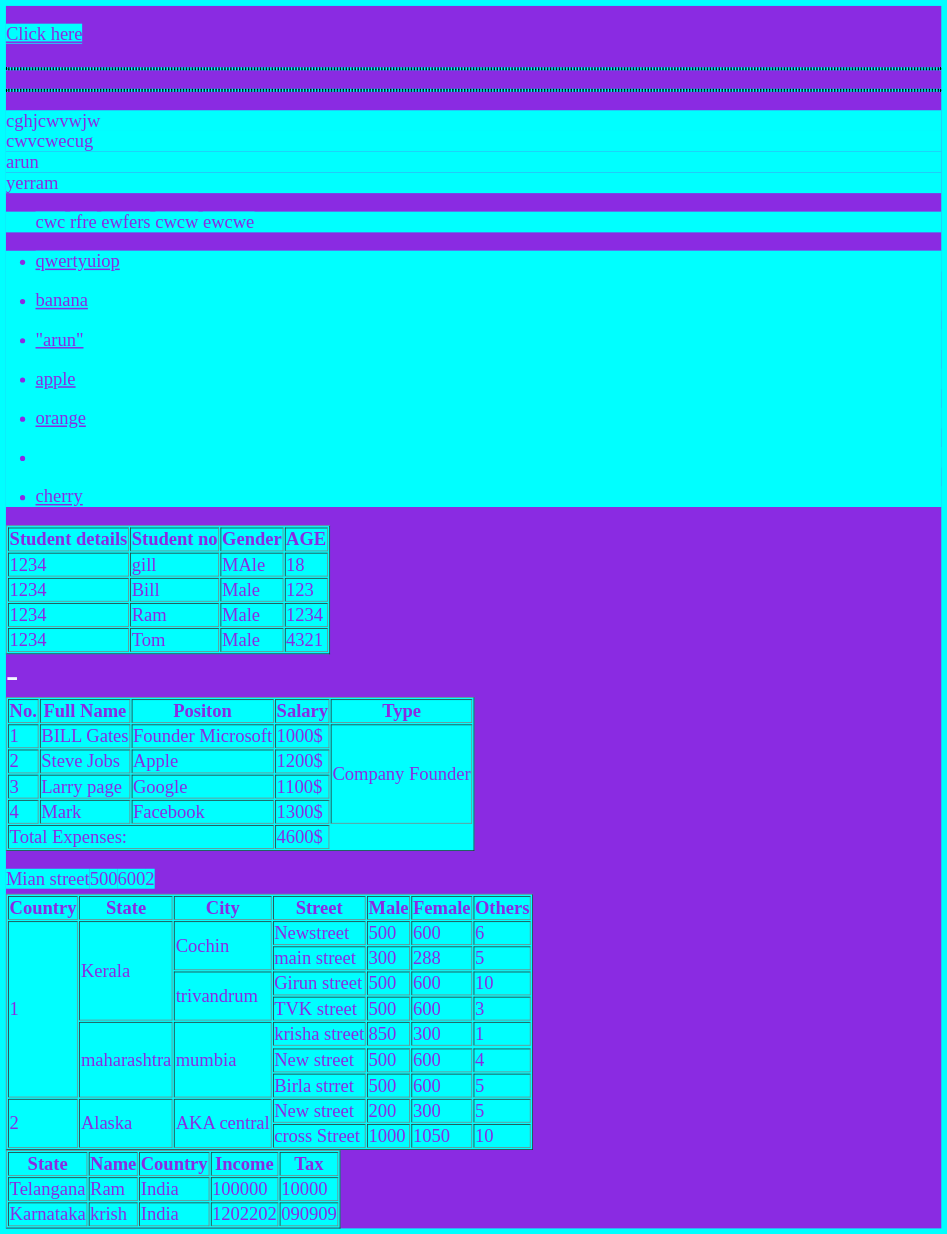
Repository: ARUN-YERRAM/HTMLLEARNING
Page: index.html
The author's editor kept a copy of each file at every save. The page is drawn from the files as they stood at one save, then again after the next save.
The browser window is 1280 px wide. The pictures show the whole page, at 74% of full size.

Above is the page before, as saved 2023-12-25 16:09:26.

### index.html
<!DOCTYPE html>
<html lang="en">
<head>
    <meta charset="UTF-8">
    <meta http-equiv="X-UA-Compatible" content="IE=edge">
    <meta name="viewport" content="width=device-width, initial-scale=1.0">
    <link rel="stylesheet" href="style.css">
    <title>Document</title>
</head>
<body>

    <a href="http://127.0.0.1:3000/index.html">Click here</a>

    <p><a href=""></a></p>
    <article></article>
    <section>  </section>

    <p id="para1"></p>
    <article id="article1">cghjcwvwjw</article>
    <section id="section1">cwvcwecug</section>
    <section class="dog">arun</section>
    <article class="para1">yerram</article>










    <ul>
        <il>cwc</il>
        <il>rfre</il>
        <il>ewfers</il>
        <il>cwcw</il>
        <il>ewcwe</il>
    </ul>


    <nav>
        <ul>
            <li><a href="dfgs">qwertyuiop</a></li>
        </ul>
        <ul>
            <li><a href="ajdg">banana</a></li>
        </ul>
        <ul>
            <li><a href="vdsb">"arun" </a></li>
        </ul>
        <ul>
            <li><a href="ajrg">apple</a></li>
        </ul>
        <ul>
            <li><a href="ndjr">orange</a></li>
        </ul>
        <ul>
            <li><a href="a4hd"pine></a></li>
        </ul>
        <ul>
            <li><a href="46eh">cherry</a></li>
        </ul>
    </nav>


<table  border="1">

    <thead>
        <th>Student details</th>
        <th>Student no</th>
        <th>Gender</th>
        <th>AGE</th>
    </thead>

    <tbody>
        <tr>
            <td>1234</td>
            <td>gill</td>
            <td>MAle</td>
            <td>18</td>
        </tr>
    </tbody>

    <tbody>
        <tr>
            <td>1234</td>
            <td>Bill</td>
            <td>Male</td>
            <td>123</td>
        </tr>
    </tbody>

    <tbody>
        <tr>
            <td>1234</td>
            <td>Ram</td>
            <td>Male</td>
            <td>1234</td>
        </tr>
    </tbody>

    <tbody>
        <tr>
            <td>1234</td>
            <td>Tom</td>
            <td>Male</td>
            <td>4321</td>
        </tr>
    </tbody>

</table> -



    <table border="1">
        <head>
            <th>No.</th>
            <th>Full Name</th>
            <th>Positon</th>
            <th>Salary</th>
            <th>Type</th>
        </head>

        <tbody>
            <tr>
                <td>1</td>
                <td>BILL Gates</td>
                <td>Founder Microsoft</td>
                <td>1000$</td>
                <td rowspan="4">Company Founder</td>
            </tr>

            <tr>
                <td>2</td>
                <td>Steve Jobs</td>
                <td>Apple</td>
                <td>1200$</td>
            </tr>
            <tr>
                <td>3</td>
                <td>Larry page</td>
                <td>Google</td>
                <td>1100$</td>
            </tr>
            <tr>
                <td>4</td>
                <td>Mark</td>
                <td>Facebook</td>
                <td>1300$</td>

            </tr>
        </tbody>

        <tfoot>
            <tr>
                <td colspan="3">Total Expenses:</td>
                <td>4600$</td>
            </tr>
        </tfoot>
    </table>


    <table border="1">
        <thead>
            <th>Country</th>
            <th>State</th>
            <th>City</th>
            <th>Street</th>
            <th>Male</th>
            <th>Female</th>
            <th>Others</th>
        </thead>

        <tbody>
            <tr>
                <td rowspan="8">1</td>
                <td rowspan="4">Kerala</td>
                <td rowspan="2">Cochin</td>
                <td>Newstreet</td>
                <td>500</td>
                <td>600</td>
                <td>6</td>
            </tr>

            <tr>
                <td>main street</td>
                <td>300</td>
                <td>288</td>
                <td>5</td>
            </tr>

            <tr>
                <td rowspan="2">trivandrum</td>
                <td>Girun street</td>
                <td>500</td>
                <td>600</td>
                <td>10</td>
            </tr>
            <tr>
                <td>TVK street</td>
                <td>500</td>
                <td>600</td>
                <td>3</td>
            </tr>

            <tr>
                <td rowspan="4">maharashtra</td>
                <td rowspan="4">mumbia</td>
                <td>krisha street</td>
                <td>850</td>
                <td>300</td>
                <td>1</td>
            </tr>

            <tr>
                <t>Mian street</t>
                <t>500</t>
                <t>600</t>
                <t>2</t>
            </tr>

            <tr>
                <!-- <t rowspan="2">Surat</td> -->
                <td>New street</td>
                <td>500</td>
                <td>600</td>
                <td>4</td>
            </tr>

            <tr>
                <td>Birla strret</td>
                <td>500</td>
                <td>600</td>
                <td>5</td>
            </tr>

            <tr>
            <td rowspan="2">2</td>
            <td rowspan="2">Alaska</td>
            <td rowspan="2">AKA central</td>
            <td>New street</td>
            <td>200</td>
            <td>300</td>
            <td>5</td>
            </tr>

            <tr>
                <td>cross Street</td>
                <td>1000</td>
                <td>1050</td>
                <td>10</td>
            </tr>
        </tbody>

    </table>



    <table border="1">
        <thead>
            <th>State</th>
            <th>Name</th>
            <th>Country</th>
            <th>Income</th>
            <th>Tax</th>
        </thead>

        <tbody>
            <tr>
                <td>Telangana</td>
                <td>Ram</td>
                <td>India</td>
                <td>100000</td>
                <td>10000</td>
            </tr>

            <tr>
                <td>Karnataka</td>
                <td>krish</td>
                <td>India</td>
                <td>1202202</td>
                <td>090909</td>
            </tr>
        </tbody>
    </table>

### style.css
/*  EXTERNAL CSS */

body{
    color:#f0f8ff;
    background-color: #8a2be2;
    font-size:50px;
}


/*  Universal Selector  */

/* MARGIN: 0;*/
/* PADDING : 0 */

*{
    color:#8a2be2;
    background-color: aqua;
    font-size: 25px;
}


/* CLASS SELECTOR */

.one{
    color:blue;
    font-size:35px;
    background-color: #8a2be2;
}


/*  ID SELECTOR */

#two{
    background-color: blue;
    color:red;
}


/* PARAGRAPH SELECTOR */

p{
    color:burlywood;
}


/*  GROUP SELECTOR */
#one, ol{
    background-color: blue;
    color:red;
    font-size:25px;
}


.border{
    border: 8px solid black;
    font-size:25px;
    margin:100px;
    padding:100px;
}

h1{
    text-align:center;
    font-size:10px;
    color:#8a2be2;
    text-decoration: underline;
    font-family: 'Courier New', Courier, monospace;
}

p{
    font-size:25px;
    text-align:center;
    font-weight:bold;
    border: 2px dotted black;
}

p:hover{
    border: 7px solid red;
    background-color: yellow;
    color:red;
    font-size:16px;
    text-align:end;
}

.box1{
    background-color: red;
}

.box2{
    background-color: yellow;
}

/* div{
    display:inline-block;
    width:750x;
    padding:10px;
    margin:10px;
    font-size:30px;
} */

span{
    display:block;
}
.item{
    width:100px;
    height:100px;
}
.one{
    background-color: orange;
    border: 2px solid black;
}
.two{
    background-color: white;
    border: 2px solid black;
}
.three{
    background-color: green;
    border: 2px solid black;
}

.container{
    display:flex;
    height:100px;
    justify-content:center;
    flex-direction:row;
    align-items:center;
    border: 2px solid rgb(0, 0, 0);
    height : 500px;
    gap: 50px;
}

After the next save:
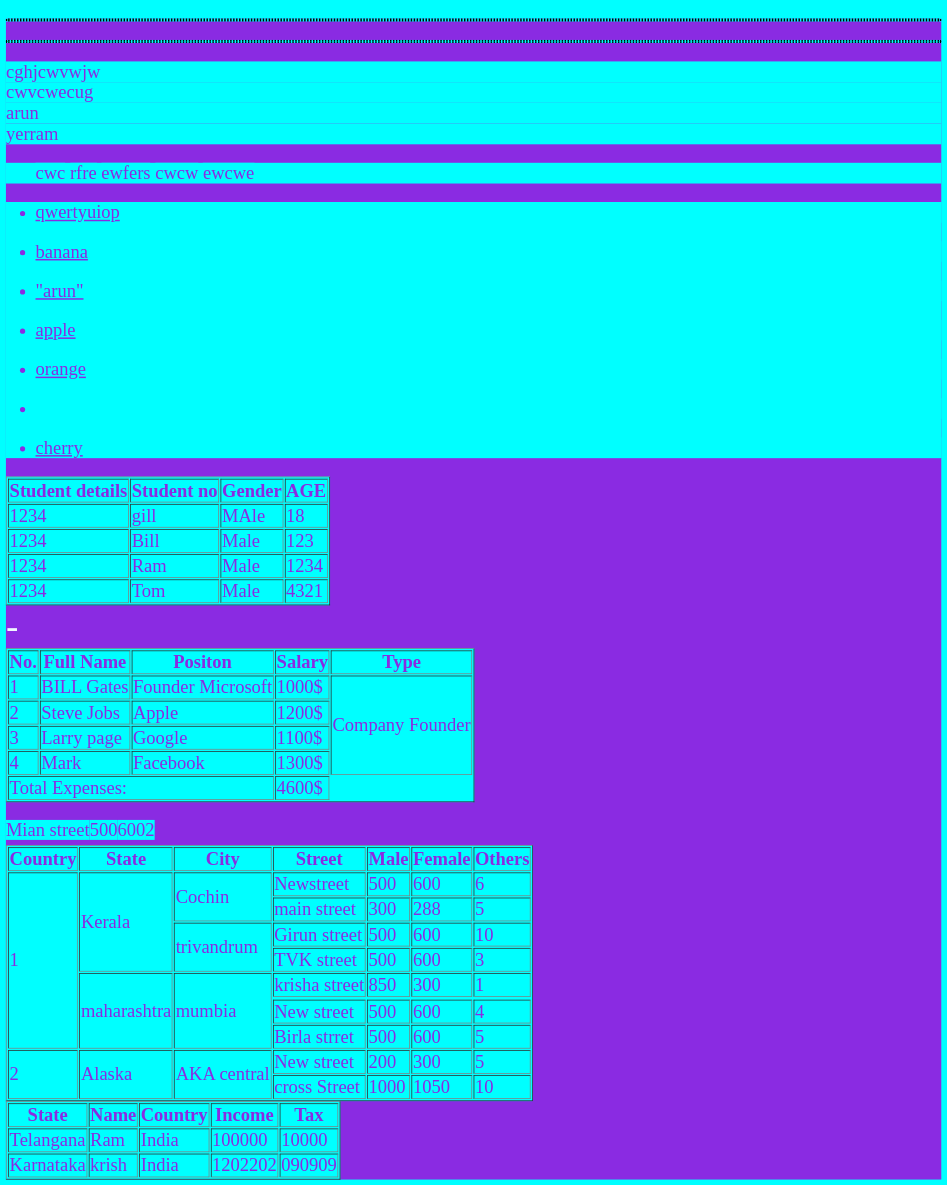
Saved 17 s later.
--- a/index.html
+++ b/index.html
@@ -9,7 +9,7 @@
 </head>
 <body>
 
-    <a href="http://127.0.0.1:3000/index.html">Click here</a>
+    <!-- <a href="http://127.0.0.1:3000/index.html">Click here</a> -->
 
     <p><a href=""></a></p>
     <article></article>
